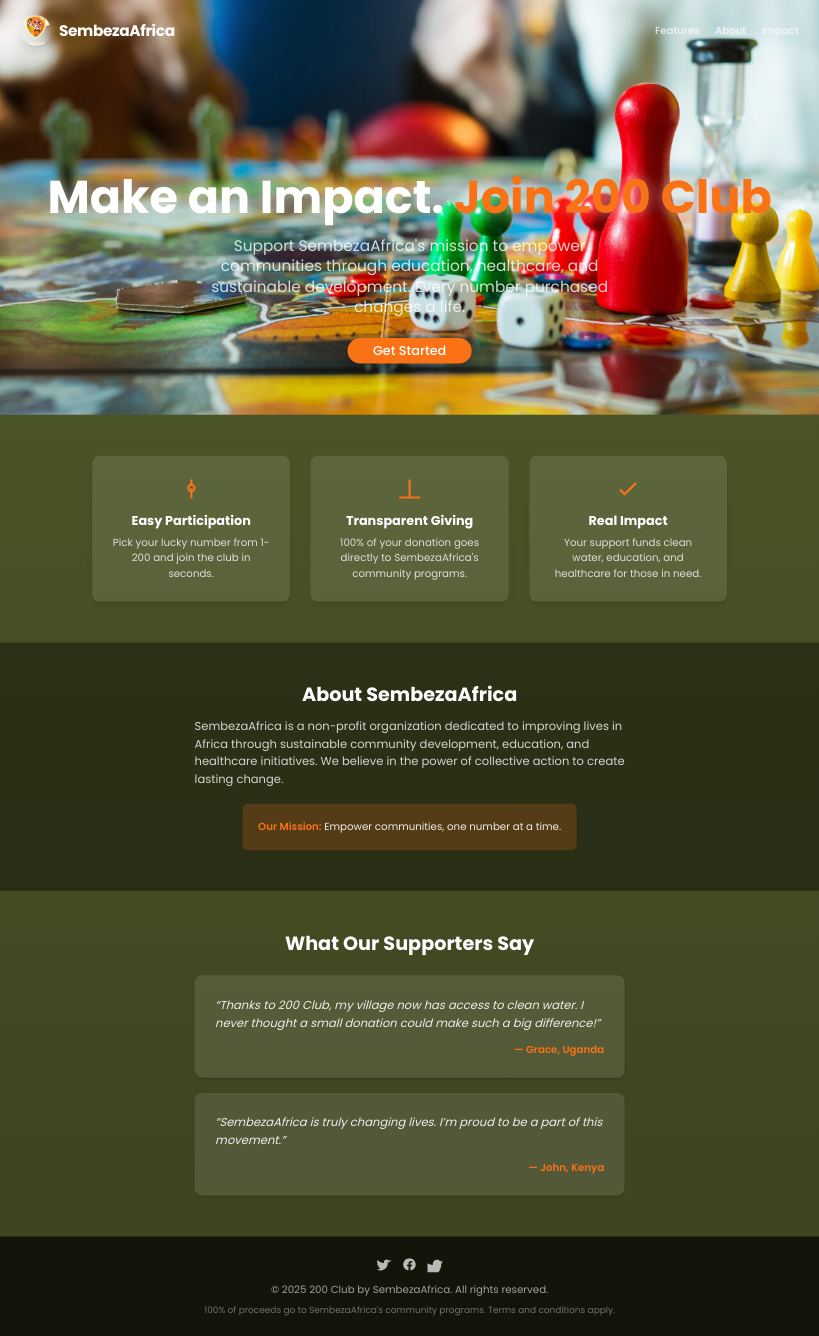
Repository: kaizoku010/200club
Page: /
An editor plug-in stored every save of this project. The page is shown before and after a run of saves, followed by the edit.
The browser window is 1280 px wide. The pictures show the whole page, at 64% of full size.
Backgrounds fixed to the window are drawn as part of the page. The project was rebuilt for these pictures with package versions that can differ from the ones it lists, and the page was loaded fresh each time. Also part of the build but not shown: vite.config.ts, src/components/ui/tooltip.tsx, src/components/Header.tsx, src/services/soundService.ts, src/components/NumberGrid.tsx, src/components/ui/use-toast.ts, src/components/ui/sound-button.tsx, src/components/RandomizeButton.tsx and 13 more.

Above is the page before, as saved 2025-06-10 10:44:22.

After the next 3 saves:
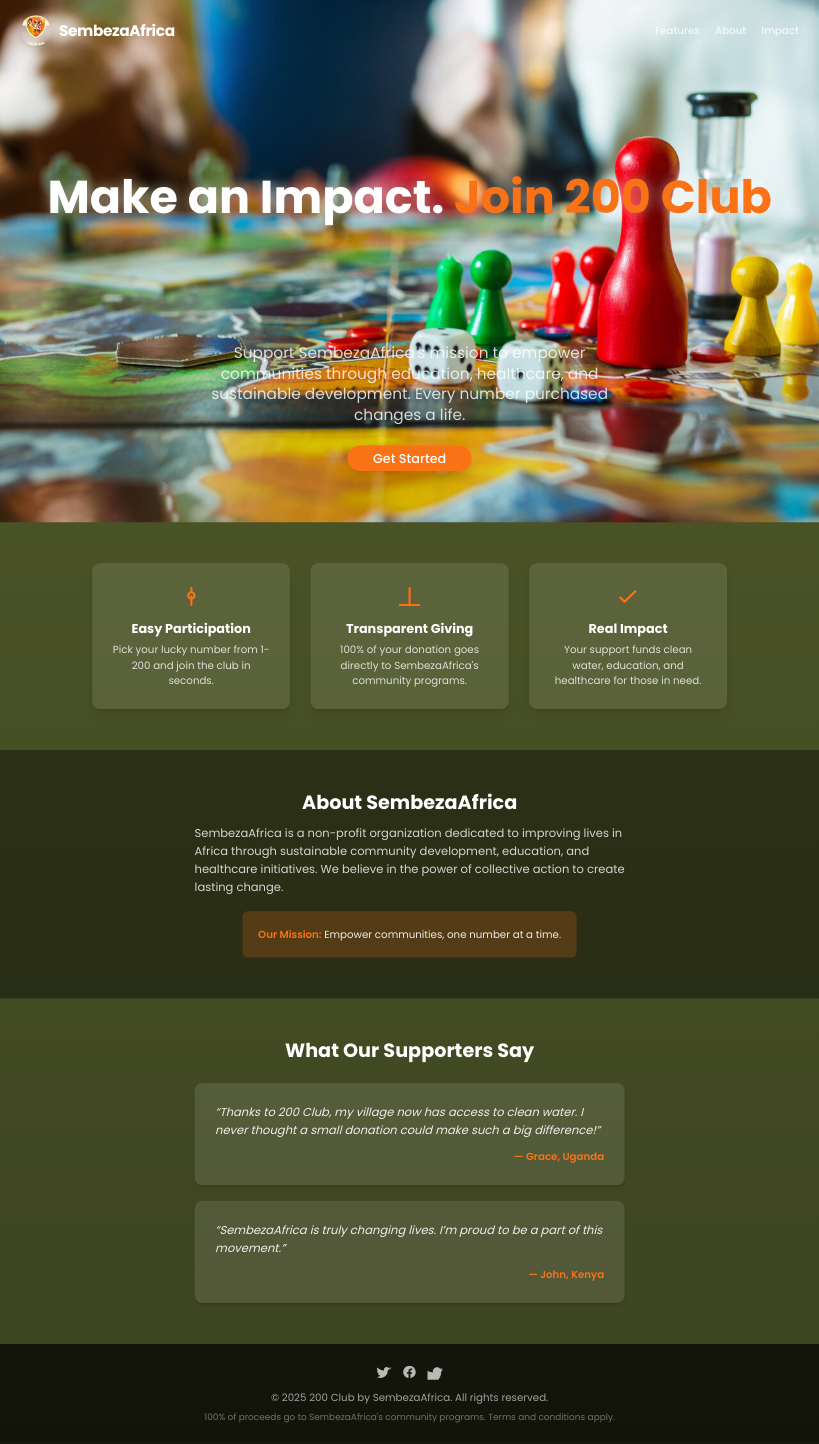
The 3 saves are shown as one change because they came seconds apart.
The last was saved 16 s later.
--- a/src/pages/main.css
+++ b/src/pages/main.css
@@ -16,4 +16,5 @@ z-index: 1111111111;
 
 #hero-title{
     margin-top: 12rem;
+    margin-bottom: 12rem;
 }
